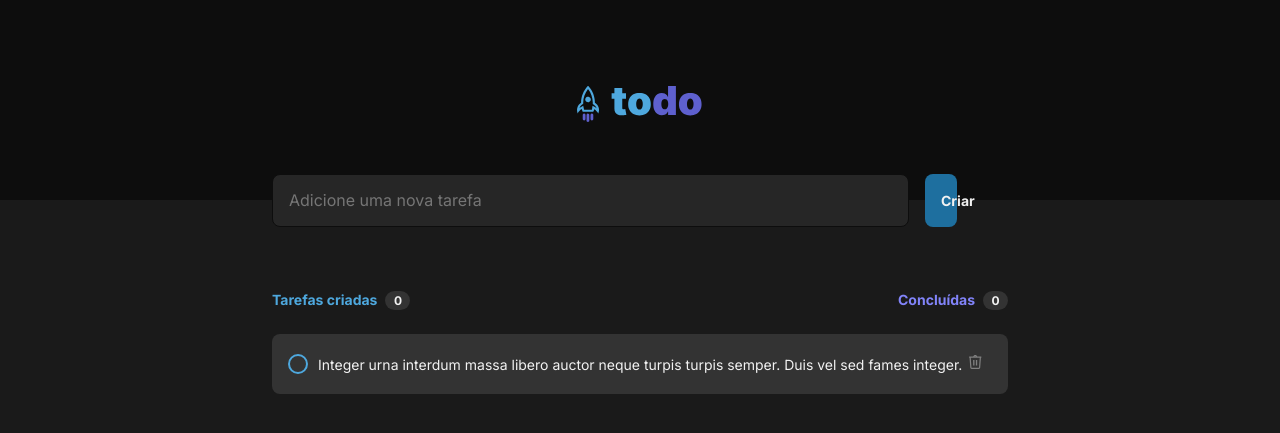
Repository: viniimartins/ToDoListROCKETSEAT
Page: /
The author's editor kept a copy of each file at every save. The page is drawn from the files as they stood at one save, then again after a run of saves.
The browser window is 1280 px wide. The pictures show the whole page.
The project was rebuilt for these pictures with package versions that can differ from the ones it lists, and the page was loaded fresh each time. Also part of the build but not shown: vite.config.ts.

Above is the page before, as saved 2023-05-08 14:15:53.

### index.html
<!DOCTYPE html>
<html lang="en">
  <head>
    <meta charset="UTF-8" />

    <link rel="preconnect" href="https://fonts.googleapis.com" />
    <link rel="preconnect" href="https://fonts.gstatic.com" crossorigin />

    <link rel="icon" type="image/svg+xml" href="/vite.svg" />
    <meta name="viewport" content="width=device-width, initial-scale=1.0" />
    <title>Vite + React + TS</title>

    <link
      href="https://fonts.googleapis.com/css2?family=Inter:wght@400;700&display=swap"
      rel="stylesheet"
    />
  </head>
  <body>
    <div id="root"></div>
    <script type="module" src="/src/main.tsx"></script>
  </body>
</html>

### src/App.tsx
import { Header } from "./Components/Header";
import { AddTask } from "./Components/AddTask";
import { Task } from "./Components/Task";

import styles from "./App.module.css";
import "./global.css";

export function App() {
  return (
    <>
      <div>
        <Header />

        <main className={styles.wrapper}>
          <AddTask />

            <Task />
        </main>
      </div>
    </>
  );
}

### src/Components/Header.tsx
import styles from "./Header.module.css";
import Logo from "../assets/Logo.svg";

export function Header() {
  return (
    <>
      <header className={styles.header}>
        <img src={Logo} />
      </header>
    </>
  );
}

### src/Components/AddTask.tsx
import { PlusCircle } from "phosphor-react";
import styles from "./AddTask.module.css";

export function AddTask() {
  return (
    <div className={styles.inputs}>
      <input
        className={styles.inputText}
        type="text"
        placeholder="Adicione uma nova tarefa"
      />
      <button className={styles.Button}>
        <span className={styles.ButtonText}>Criar</span>
        <PlusCircle size={21} />
      </button>
    </div>
  );
}

### src/Components/Task.tsx
import { TaskCreated } from "./TaskCreated";
// import { TaskNotCreate } from "./TaskNotCreated";
import styles from "./task.module.css";

export function Task() {
  return (
    <div className={styles.task}>
      <header className={styles.taskHeader}>
        <div className={styles.taskCreated}>
          <p>Tarefas criadas</p>

          <span className={styles.taskCounter}>
            <p>0</p>
          </span>
        </div>

        <div className={styles.taskConcluded}>
          <p>Concluídas</p>

          <span className={styles.taskCounter}>
            <p>0</p>
          </span>
        </div>
      </header>

      <div>
          <TaskCreated />
      </div>
    </div>
  );
}

### src/App.module.css
.wrapper {
  max-width: 46rem;
  margin: -1.656rem auto;

  display: grid;
  grid-template-columns: 1fr;
  gap: 4rem;
  align-items: flex-start;

}

### src/global.css
:root {
  --white: #fff;

  --gray-100: #f2f2f2;
  --gray-200: #d9d9d9;
  --gray-300: #808080;
  --gray-400: #333333;
  --gray-500: #262626;
  --gray-600: #1a1a1a;
  --gray-700: #0d0d0d;

  --purble: #8284fa;
  --purbleDark: #5e60ce;

  --blue: #4ea8de;
  --blueDark: #1E6F9F;

  --darger: #e25858;
}

:focus {
  outline: transparent;
  box-shadow: 0 0 0 2px var(--purbleDark);
}

* {
  margin: 0;
  padding: 0;
  box-sizing: border-box;
}

body {
  background: var(--gray-600);
  color: var(--gray-100);
  -webkit-font-smoothing: antialiased;
}

body,
input,
textarea,
button {
  font-family: "Inter", sans-serif;
  font-weight: 400;
  font-size: 1rem;
}

### src/Components/Header.module.css
.header {
  height: 12.5rem;
  background-color: var(--gray-700);
  display: flex;
  justify-content: center;
  align-items: center;
}

.header img {
  width: 7.875rem;
  height: 3rem;
}

### src/Components/AddTask.module.css
.inputs {
  display: flex;
  gap: 1rem;
}

.inputText {
  width: 39.813rem;
  height: 3.313rem;

  border-radius: 0.5rem;
  padding: 1rem;
  border: 1px solid var(--gray-700);
  color: var(--gray-100);

  font-weight: 400;
  font-size: 1rem;
  background-color: var(--gray-500);
}

.Button {
  display: flex;
  align-items: center;

  background-color: var(--blueDark);
  color: var(--gray-100);

  border: none;
  border-radius: 0.5rem;
  padding: 1rem;
  cursor: pointer;
  gap: 0.4rem;


  font-weight: 700;
  font-size: 0.875rem;
}

.Button:hover {
  background: var(--blue);
}

### src/Components/TaskCreated.tsx
import React, { useState } from "react";
import styles from "./TaskCreated.module.css";
import Trash from "../assets/trash.svg";

interface Props {
  label: string;
}

export function TaskCreated({ label }: Props) {
  const [checked, setChecked] = useState(false);

  const handleChange = (event: React.ChangeEvent<HTMLInputElement>) => {
    setChecked(event.target.checked);
  };

  return (
    <div className={styles.taskCreated}>
      <label className={styles.checkbox}>
        <input type="checkbox" checked={checked} onChange={handleChange} />
        <span className={styles.checkmark}></span>
        <span className={styles.label}>
          Integer urna interdum massa libero auctor neque turpis turpis semper.
          Duis vel sed fames integer.
        </span>
      </label>

      <button>
        <img src={Trash} alt="trash" />
      </button>
    </div>
  );
}

### src/Components/Task.module.css
.taskHeader {
  display: flex;
  justify-content: space-between;

  margin-bottom: 1.5rem;

}

.taskCreated {
  display: flex;
  gap: 0.5rem;
}

.taskCreated p {
  color: var(--blue);
  font-size: 0.875rem;
  font-weight: 700;
}

.taskConcluded {
  display: flex;
  gap: 0.5rem;
}

.taskConcluded p {
  color: var(--purble);
  font-size: 0.875rem;
  font-weight: 700;
}

.taskCounter {
  width: 25px;
  height: 19px;

  display: flex;
  align-items: center;
  justify-content: center;

  padding: 2px 8px;
  border-radius: 999px;

  background-color: var(--gray-400);
}

.taskCounter p {
  font-size: 12px;
  font-weight: 700;
  line-height: 15px;
  background-color: transparent;
  color: inherit;
}

### src/Components/TaskCreated.module.css
.taskCreated {
  display: flex;
  align-items: center;

  background-color: var(--gray-400);
  border-radius: 0.5rem;
  padding: 1rem;
}

.checkbox {
  display: inline-block;
  position: relative;
  /* padding-left: 25px; */
  /* margin-bottom: 10px; */
  cursor: pointer;
  user-select: none;
}

.checkbox input {
  position: absolute;
  opacity: 0;
  cursor: pointer;
}


.checkmark {
  position: absolute;
  top: 0;
  left: 0;
  height: 20px;
  width: 20px;
  border: 2px solid var(--blue);
  border-radius: 50%;
  background-color: transparent;
}

.checkbox:hover input ~ .checkmark {
  background-color: var(--blueDark);
}

.checkbox input:checked ~ .checkmark {
  background-color: var(--purbleDark);
  border-color: var(--purbleDark);
}

.checkbox input:checked ~ .checkmark:hover {
  background-color: var(--purble);
  border-color: var(--purble);
}

.checkmark::after {
  content: "";
  position: absolute;
  display: none;
}

.checkbox input:checked ~ .checkmark::after {
  display: block;
}

.checkbox .checkmark::after {
  left: 5px;
  top: 1px;
  width: 4px;
  height: 9px;
  border: solid white;
  border-width: 0 1.9px 1.9px 0;
  transform: rotate(45deg);
}

.label {
  margin-left: 30px;
  font-size: 0.875rem;
}


button {
  width: 1.563rem;


  border: none;
  background: none;
}

Loaded but not shown: src/main.tsx (common file)

After the next 2 saves:
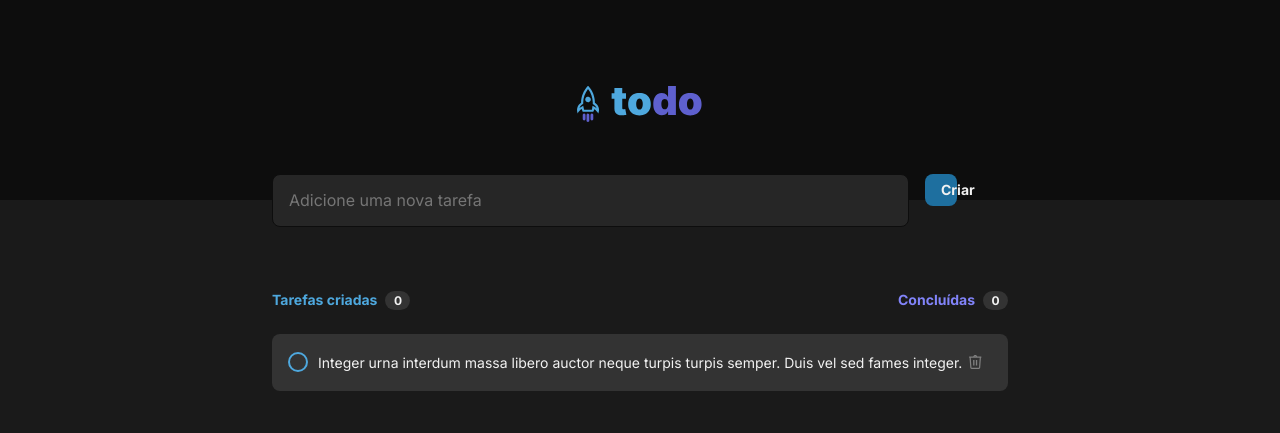
The 2 saves are shown as one change because they came seconds apart.
The last was saved 5 s later.
--- a/src/Components/TaskCreated.module.css
+++ b/src/Components/TaskCreated.module.css
@@ -21,7 +21,6 @@
   opacity: 0;
   cursor: pointer;
 }
-
 
 .checkmark {
   position: absolute;
@@ -73,10 +72,9 @@
   font-size: 0.875rem;
 }
 
-
 button {
   width: 1.563rem;
-
+  height: 1.563rem;
 
   border: none;
   background: none;
